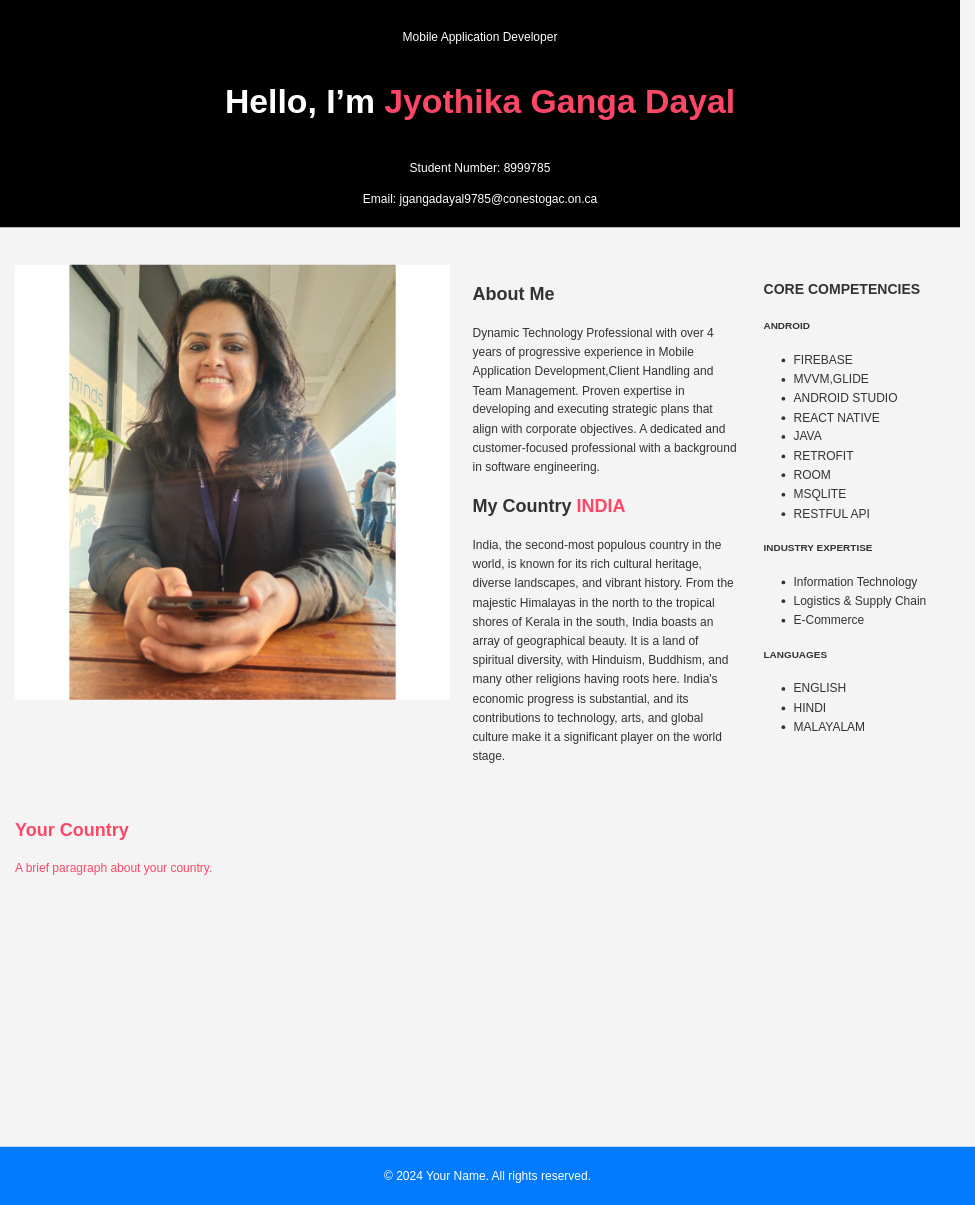
Repository: jyothika123/portfolio
Page: index.html
An editor plug-in stored every save of this project. The page is shown before and after the next save, followed by the edit.
The browser window is 1280 px wide. The page is 1300 px wide, so the pictures cover 1300 px, including what lies to the right of the window. The pictures show the whole page, at 75% of full size.
Pictures or frames that could not be fetched are drawn as grey boxes.

Above is the page before, as saved 2024-09-22 17:06:05.

### index.html
<!DOCTYPE html>
<html lang="en">
<head>
    <meta charset="UTF-8">
    <meta name="viewport" content="width=device-width, initial-scale=1.0">
    <link rel="stylesheet" href="css/style.css">
    <title>Jyothika Ganga Dayal</title>
</head>
<body>
    <header>
        <div class="content">
            <br>
            <span class="title">Mobile Application Developer</span>
            <h1>Hello, I’m <span>Jyothika Ganga Dayal</span></h1>
            <p>Student Number: 8999785</p>
            <p>Email: jgangadayal9785@conestogac.on.ca</p>
        </div>
    </header>
    <main>
        <section class="box">
            <section class="bio">
                <div>
                    <img src="images/image.PNG" alt="A photo representing me" class="profile">
                </div>
                <div>
                    <h2>About Me</h2>
                    <p>Dynamic Technology Professional with over 4 years of progressive experience
                        in Mobile Application Development,Client Handling and Team Management. Proven
                        expertise in developing and executing strategic plans that align with
                        corporate objectives. A dedicated and customer-focused professional with a
                        background in software engineering. </p>
                    <h2>My Country <span class="country">INDIA</span> </h2>
                    <p>India, the second-most populous country in the world, is known for its rich cultural heritage, diverse landscapes, and vibrant history. From the majestic Himalayas in the north to the tropical shores of Kerala in the south, India boasts an array of geographical beauty. It is a land of spiritual diversity, with Hinduism, Buddhism, and many other religions having roots here. India's economic progress is substantial, and its contributions to technology, arts, and global culture make it a significant player on the world stage.</p>

                </div>

            </section>
            <section>
                <h3>CORE COMPETENCIES</h3>
                <h5>ANDROID </h5>
                <ul>
                    <li>FIREBASE</li>
                    <li>MVVM,GLIDE</li>
                    <li>ANDROID STUDIO</li>
                    <li>REACT NATIVE</li>
                    <li>JAVA</li>
                    <li>RETROFIT</li>
                    <li>ROOM</li>
                    <li>MSQLITE</li>
                    <li>RESTFUL API</li>
                </ul>
                <h5>INDUSTRY EXPERTISE</h5>
                <ul>
                    <li>Information Technology</li>
                    <li>Logistics & Supply Chain</li>
                    <li>E-Commerce</li>
                </ul>
                <h5>LANGUAGES</h5>
                <ul>
                    <li>ENGLISH</li>
                    <li>HINDI</li>
                    <li>MALAYALAM</li>
                </ul>
            </section>
            <section class="country">
                <h2>Your Country</h2>
                <p>A brief paragraph about your country.</p>
                <iframe width="560" height="315" src="https://www.youtube.com/embed/your_video_id"
                        title="Interesting video about me/country/skills"
                        frameborder="0" allowfullscreen></iframe>
            </section>
        </section>
    </main>
    <aside>

    </aside>
    <footer>
        <p>&copy; 2024 Your Name. All rights reserved.</p>
    </footer>
</body>
</html>

### css/style.css


body {
    font-family: Arial, sans-serif;
    line-height: 1.6;
    margin: 0;
    padding: 0;
    color: #333;
    background-color: #f4f4f4;
}

header {
    background: #000000;
    color: #fff;
    padding: 10px;
    text-align: center;
}

main {
    display: flex;
    justify-content: space-between;
    padding: 20px;
}

.bio {
    display: grid;
    grid-template-columns: 1fr 3fr;
    gap:30px;
}

.country {
    flex: 3;
}

footer {
    background: #007BFF;
    color: #fff;
    text-align: center;
    padding: 10px ;
    position: relative;
    bottom: 0;
    width: 100%;
}

.profile{
    width:580px;
    height: 580px;
}

.content h1 {
    color: #ffffff;
    font-size: 45px;
    font-weight: 900;
    line-height: 90px;
    text-transform: inherit;
    width: 100%;
  }
  .content h1 span {
    color: #fd4766;
  }
  .content p {
    width: 100%;
    color: #ffffff;
    margin-top: 5px;
    margin-bottom: 15px;
  }
  .box{
    margin-top: 30px;
    display: grid;
    grid-template-columns: 3.2fr 0.8fr;
    gap:30px;
  }
  .country{
    color: #fd4766;
  }

After the next save:
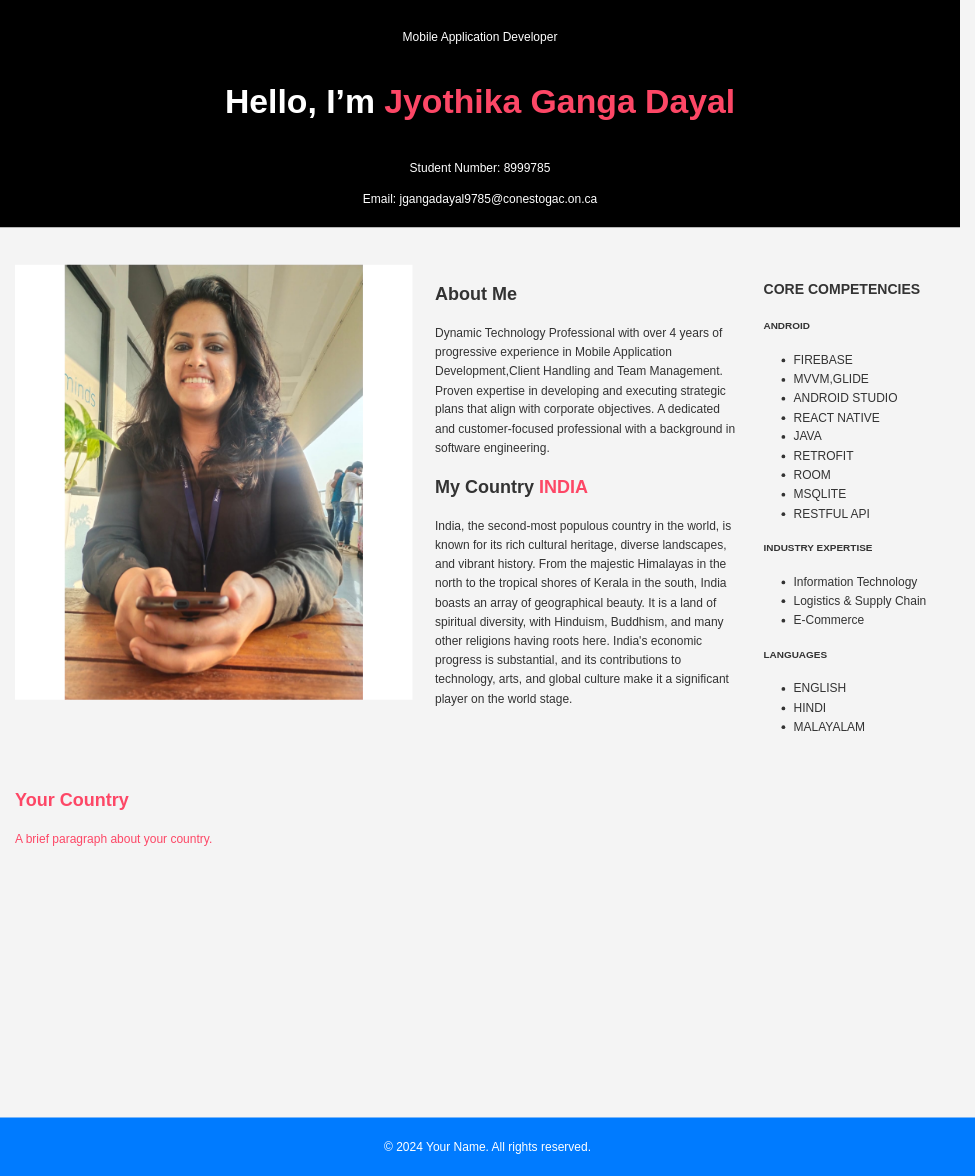
Saved 27 s later.
--- a/css/style.css
+++ b/css/style.css
@@ -43,7 +43,7 @@ footer {
 }
 
 .profile{
-    width:580px;
+    width:530px;
     height: 580px;
 }
 
